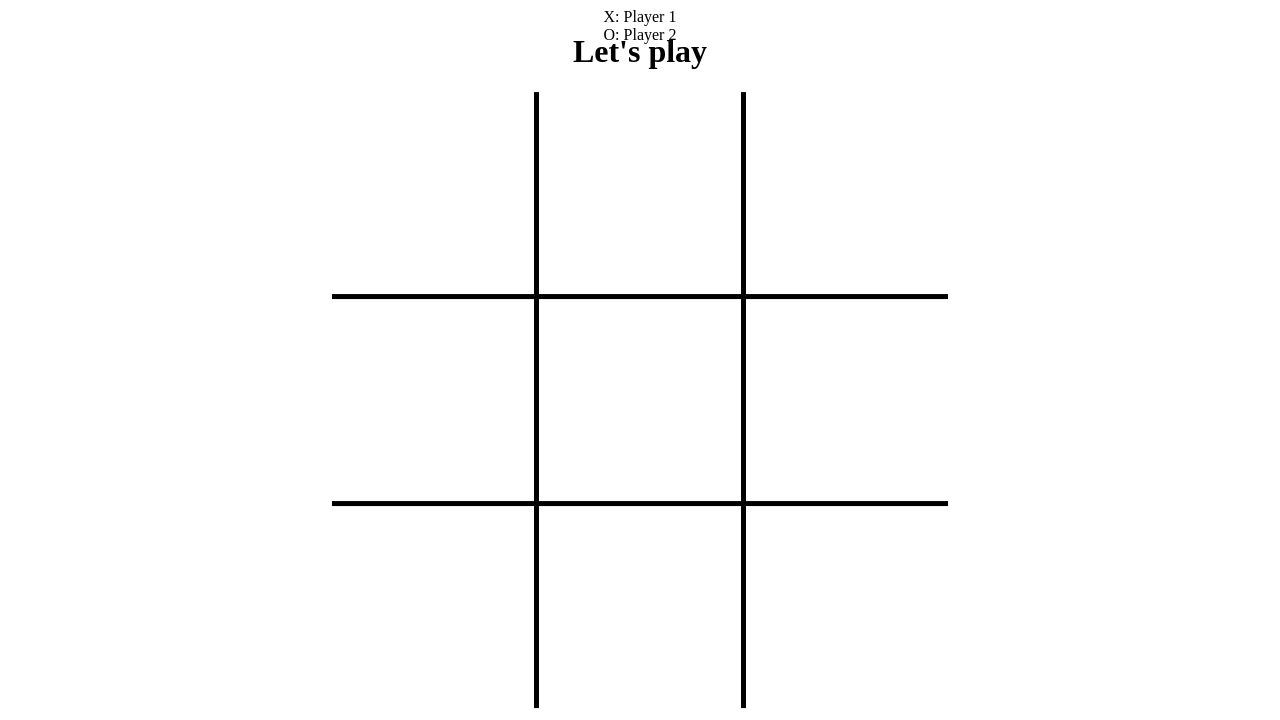
Repository: anas-essaguiar/epita.advancedWeb
Page: tictatoe/index.html
An editor plug-in stored every save of this project. The page is shown before and after the next save, followed by the edit.
The browser window is 1280 px wide. The pictures show the whole page.

Above is the page before, as saved 2021-04-14 15:36:13.

After the next save:
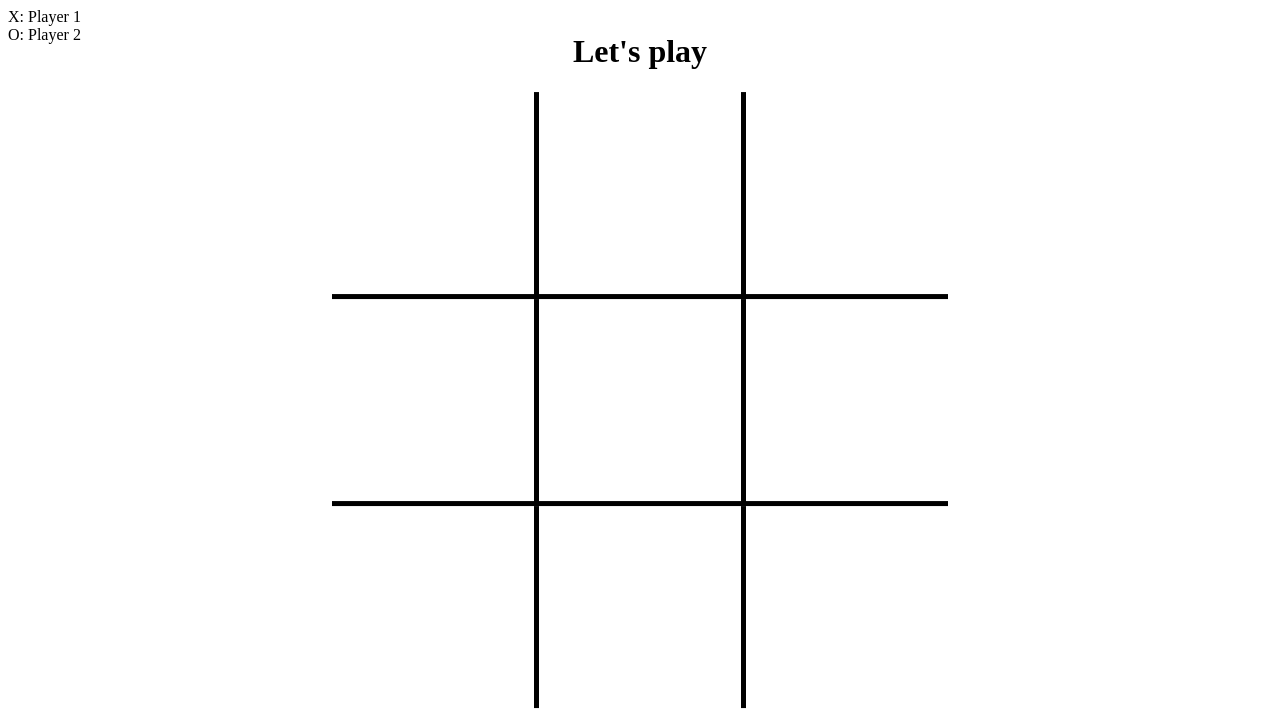
Saved 35 s later.
--- a/tictatoe/style.css
+++ b/tictatoe/style.css
@@ -5,9 +5,7 @@
     height: 200px;
 }
 
- div{
-     text-align: center;
- }
+
 #table1 {
     border-collapse: collapse;
     border-style: hidden;
@@ -16,6 +14,7 @@
     border-collapse: collapse;
 }
 .centered {
+    text-align: center;
     position: absolute;
     top: 50%;
     left: 50%;
